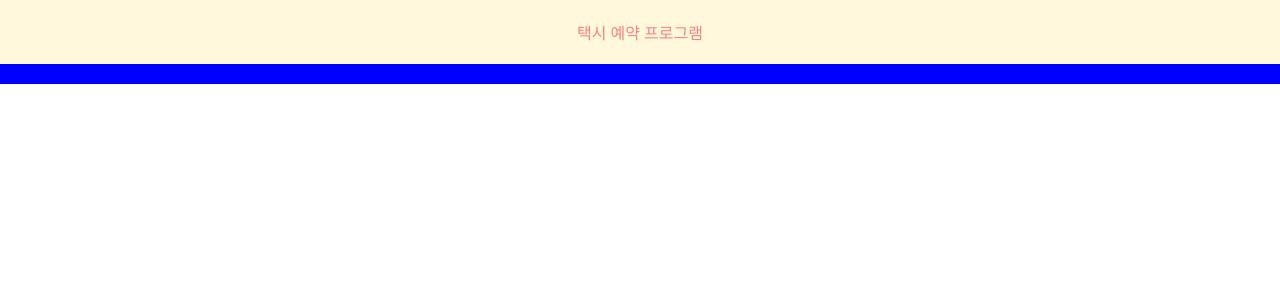
Repository: mvcfvsgdj/javaee
Page: http://localhost/prj0828/
These files come from the project's save history. The page is drawn as it stood at one moment and after the next save; the edit follows.
The browser window is 1280 px wide. The pictures show the whole page.
The page is served by Tomcat 9.

Above is the page before, as saved 2023-08-28 02:49:22.

After the next save:
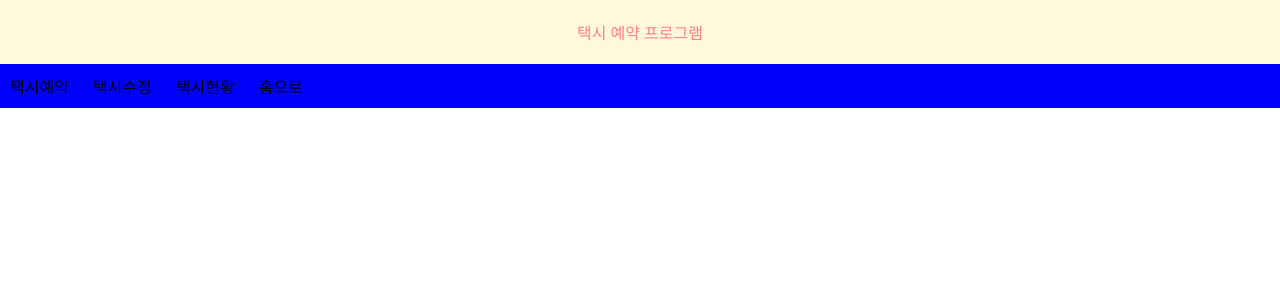
Saved 23 s later.
--- a/prj0828/src/main/webapp/index.jsp
+++ b/prj0828/src/main/webapp/index.jsp
@@ -6,17 +6,27 @@
 <meta charset="UTF-8">
 <title>Insert title here</title>
 
-<link href="./css/index.css" rel="stylesheet"/>
+<link href="./css/index.css" rel="stylesheet" />
 </head>
 
 <body>
 
 	<header> 택시 예약 프로그램 </header>
 
-	<nav></nav>
+	<nav>
+		<ul>
+			<li>택시예약</li>
+			<li>택시수정</li>
+			<li>택시현황</li>
+			<li>홈으로</li>
 
+		</ul>
+	</nav>
 	<section>
+	<h2>
+	</h2>
 	</section>
+	<footer> </footer>
 
 </body>
 </html>
